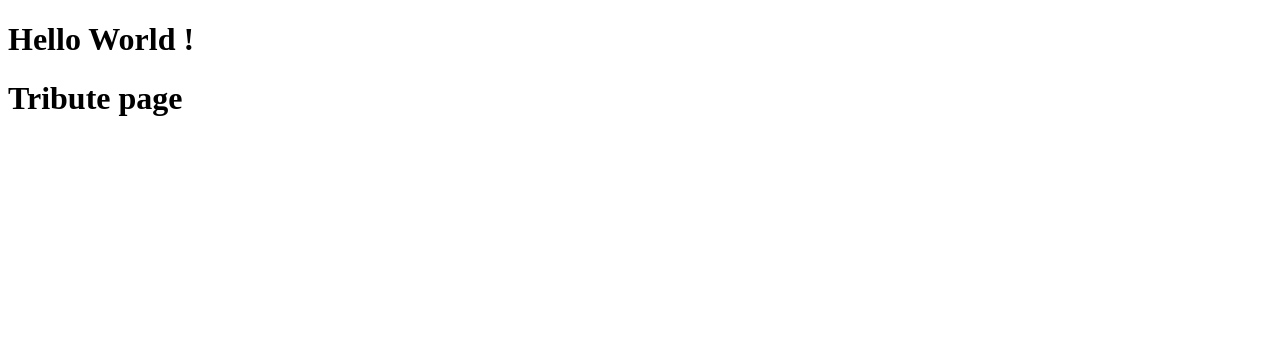
Repository: raphael-stefan/microverse-trieals-ibifuro-raphael
Page: index.html
These files come from the project's save history. The page is drawn as it stood at one moment and after the next save; the edit follows.
The browser window is 1280 px wide. The pictures show the whole page.

Above is the page before, as saved 2021-02-10 19:39:52.

After the next save:
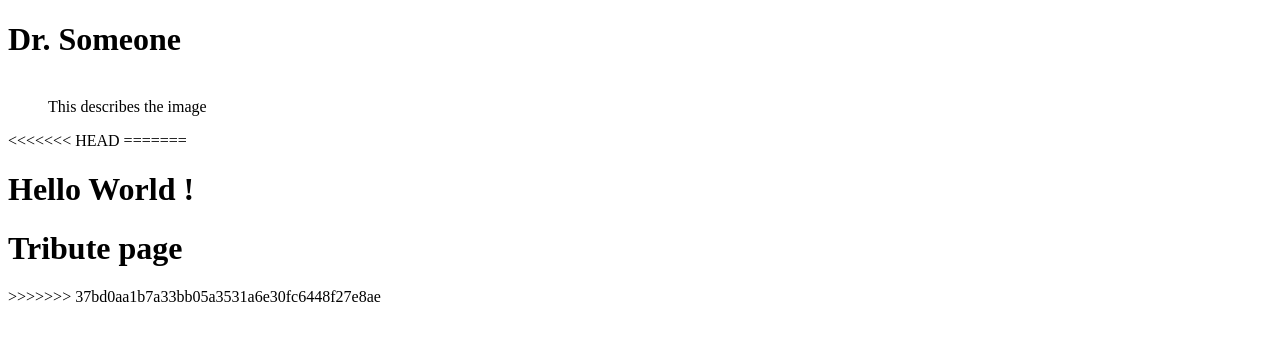
Saved 10 min 30 s later.
--- a/index.html
+++ b/index.html
@@ -8,9 +8,23 @@
 
   <body id="main">
     <script src="https://cdn.freecodecamp.org/testable-projects-fcc/v1/bundle.js"></script>
+   <div>
+     <h1 id="title">Dr. Someone</h1>
+    <figure id="img-div">
+      <img src="" alt="" id="image"/>
+        <div id="img-caption"> This describes the image</div>
 
+    </div>
+    </figure>
+
+   </div>
+
+
+<<<<<<< HEAD
+=======
     <h1> Hello World ! </h1>
     <h1 id="title"> Tribute page</h1>
+>>>>>>> 37bd0aa1b7a33bb05a3531a6e30fc6448f27e8ae
     <!--
 
     Hello Camper!
